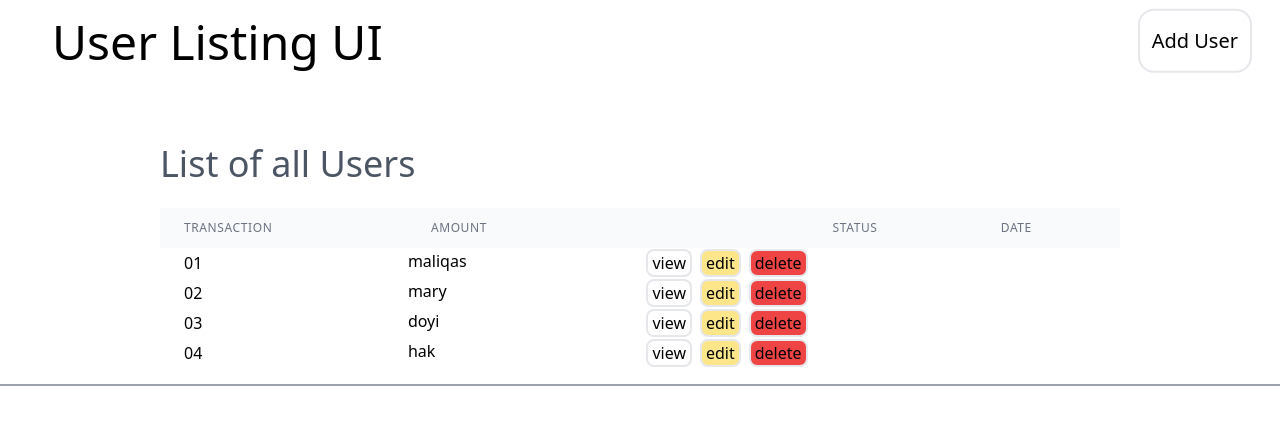
Repository: Marlstergo/listings
Page: / (app in client/)
An editor plug-in stored every save of this project. The page is shown before and after the next save, followed by the edit.
The browser window is 1280 px wide. The pictures show the whole page.
The project was rebuilt for these pictures with package versions that can differ from the ones it lists, and the page was loaded fresh each time. Also part of the build but not shown: client/craco.config.js, client/src/components/UserRow.jsx, client/src/components/List.js, client/src/components/EditUser.js.

Above is the page before, as saved 2021-07-21 16:50:09.

### client/src/index.js
/* eslint-disable no-unused-vars */
import React from "react";
import ReactDOM from "react-dom";
import "./index.css";
import App from "./App";
import reportWebVitals from "./reportWebVitals";
import { BrowserRouter as Router } from 'react-router-dom';
import { Provider } from "react-redux";
import { store } from "./redux/store";
import { PersistGate } from "redux-persist/integration/react";
import { persistor } from "./redux/store";

ReactDOM.render(
  <React.StrictMode>
    <Provider store={store}>
      <Router>
        <PersistGate persistor={persistor}>
          <App />
        </PersistGate>
      </Router>
    </Provider>
  </React.StrictMode>,
  document.getElementById("root")
);

// If you want to start measuring performance in your app, pass a function
// to log results (for example: reportWebVitals(console.log))
// or send to an analytics endpoint. Learn more: https://bit.ly/CRA-vitals
reportWebVitals();

### client/src/App.js
import React, { useState } from "react";
import { BrowserRouter, Route, Switch, useLocation } from "react-router-dom";
import Header from "./components/Header";
import Home from "./components/Home";
import List from "./components/List";
// import Toppings from "./components/Toppings";
import Order from "./components/EditUser";
// import Modal from "./components/Modal";
import { AnimatePresence } from "framer-motion";

function App() {
  const location = useLocation();
  const showModal = true;

  return (
    <>
      <Header />
      {/* <Modal showModal={showModal} /> */}
      <AnimatePresence exitBeforeEnter>
        <BrowserRouter>
          <Switch>
            <Route exact name="home" path="/">
              <Home />
            </Route>
            {/* <Route exact path="/createUpdateUser">
            <Toppings />
          </Route> */}
            <Route path="/edit" exact name="order">
              <Order />
            </Route>
            <Route path="/view" exact name="view">
              <List/>
            </Route>
          </Switch>
        </BrowserRouter>
      </AnimatePresence>
    </>
  );
}

export default App;

### client/src/redux/store.js
import { createStore, applyMiddleware } from "redux";
import { logger } from 'redux-logger';
import {persistStore} from 'redux-persist';
// import thunk from 'redux-thunk'
import createSagaMiddleware from 'redux-saga'

import rootSaga from './root-sagas'

import rootReducer from './root-reducer';

const sagaMiddleware = createSagaMiddleware()

const middleware = [sagaMiddleware];

if( process.env.NODE_ENV === 'development'){
    middleware.push(logger)
}

export const store = createStore(rootReducer, applyMiddleware(...middleware))

sagaMiddleware.run(rootSaga)

export const persistor = persistStore(store)

export default (store, persistor);

### client/src/components/Header.js
import React from "react";
import { motion } from "framer-motion";
import { Link } from "react-router-dom";

const svgVariants = {
  hidden: { rotate: -180 },
  visible: {
    rotate: 0,
    transition: { duration: 1 },
  },
};

const pathVariants = {
  hidden: {
    opacity: 0,
    pathLength: 0,
  },
  visible: {
    opacity: 1,
    pathLength: 1,
    transition: {
      duration: 2,
      ease: "easeInOut",
    },
  },
};

const buttonVariants = {
  show: {
    y: [0, -20],
    x: 0,
    textShadow: "0px 0px 8px rgb(255,255,255)",
    boxShadow: "0px 0px 8px rgb(255,255,255)",
    transition: {
      duration: 0.3,
      yoyo: Infinity,
      ease: "easeOut",
    },
  },
};

const Header = () => {
  return (
    <header className="flex p-7 w-screen justify-between  items-center">
      {/* <motion.div
        className="logo"
        drag
        dragConstraints={{ left: 0, top: 0, right: 0, bottom: 0 }}
        dragElastic={0.7}
      >

      </motion.div> */}
      <motion.div
        className=" flex justify-between w-full ml-6 text-xs"
        initial={{ y: -250 }}
        animate={{ y: -10 }}
        transition={{ delay: 0.2, type: "spring", stiffness: 120 }}
      >
        <h1 className=" pb-4 text-5xl">User Listing UI</h1>
        <motion.button
          variants={buttonVariants}
          whileHover="hover"
          animate="show"
          className="text-xl border-2 px-3 rounded-2xl active:bg-gray-200"
        >
          <a href="/edit">Add User</a>
        </motion.button>
      </motion.div>
    </header>
  );
};

export default Header;

### client/src/components/Home.js
import React from "react";
// import { Link } from "react-router-dom";
import { motion } from "framer-motion";
// import Loader from "./Loader";
// import UserRow from "./UserRow";
import UserRowHome from "./userRowhome";



const containerVariants = {
  hidden: {
    opacity: 0,
  },
  visible: {
    opacity: 1,
    transition: { delay: 1.5, duration: 1.5 },
  },
  exit: {
    x: "-100vh",
    transition: { ease: "easeInOut" },
  },
};
// const buttonVariants = {
//   hover: {
//     scale: 1.1,
//     textShadow: "0px 0px 8px rgb(255,255,255)",
//     boxShadow: "0px 0px 8px rgb(255,255,255)",
//     transition: {
//       duration: 0.3,
//       yoyo: Infinity
//     }
//   }
// }
const users = [
  {
    id: '01',
    name: "maliqas",
    email: "maliq@gmail.com",
    phone: '08032494874'
  },
  {
    id: '02',
    name: "mary",
    email: "mary@gmail.com",
    phone: '08032494874'
  },
  {
    id: '03',
    name: "doyi",
    email: "doyi@gmail.com",
    phone: '08032494874'
  },
  {
    id: '04',
    name: "hak",
    email: "hak@gmail.com",
    phone: '08032494874'
  },
];
const Home = () => {
  return (
    <motion.div
      className="  pb-4 mb-4 border-b-2 border-gray-400 flex flex-col items-center"
      variants={containerVariants}
      initial="hidden"
      animate="visible"
      exit="exit"
    >
      <div className="w-3/4 ">
        <h1 className="text-gray-600 py-6 text-4xl">List of all Users</h1>

        <table className="min-w-full divide-y divide-gray-200">
          <thead>
            <tr>
              <th className="px-6 py-3 bg-gray-50 text-left text-xs font-medium text-gray-500 uppercase tracking-wider">
                Transaction
              </th>
              <th className="px-6 py-3 bg-gray-50 text-left text-xs font-medium text-gray-500 uppercase tracking-wider">
                Amount
              </th>
              <th className=" px-6 py-3 bg-gray-50 text-left text-xs font-medium text-gray-500 uppercase tracking-wider">
                Status
              </th>
              <th className="px-6 py-3 bg-gray-50 text-left text-xs font-medium text-gray-500 uppercase tracking-wider">
                Date
              </th>
            </tr>
            {
              users.map((user) =>(
                <UserRowHome name={user.name} id={user.id} email={user.email} phone={user.phone} />
              ))
            }
          </thead>
        </table>
      </div>
    </motion.div>
  );
};

export default Home;

### client/src/redux/root-sagas.js
import {all, call} from 'redux-saga/effects'
import {userSagas} from './user/user.sagas'


export default function* rootSaga(){
    yield all([
        call(userSagas),
    ])
}

### client/src/redux/root-reducer.js
import {combineReducers} from 'redux'
import userReducer from './user/user.reducer'
// import cartReducer from './cart/cart.reducer'
import {persistReducer} from 'redux-persist'
import storage from 'redux-persist/lib/storage'
// import directoryReducer from './directory/directory.reducer'
// import shopReducer from './shop/shop.reducer'

const persistConfig ={
    key: 'root',
    storage,
    whitelist: ['' ]
}
const rootReducer = combineReducers({
    user: userReducer,

})
export default persistReducer(persistConfig, rootReducer)

### client/src/components/userRowhome.js
import React from "react";

const UserRowHome = ({ id, name }) => {
  return (
    <tr>
      <td className="px-6">{id}</td>
      <td className=" flex justify-between ">
        <p className="">{name}</p>
        <span className=" space-x-2 flex">
          <button className="border-2 rounded-lg px-1 active:bg-gray-200">view</button>
          <button className="border-2 bg-yellow-200 active:bg-yellow-500  rounded-lg px-1">edit</button>
          <button className="border-2 rounded-lg bg-red-500 active:bg-red-800 px-1">delete</button>
        </span>
      </td>
    </tr>
  );
};

export default UserRowHome;

### client/src/redux/user/user.sagas.js
import { all, call, put, takeLatest } from "redux-saga/effects";

import UserActionTypes from "./user.types";
import { loadUserDetail } from "./user.action";
// import axios from "axios";
// import { getUserDetailsURL } from "../../components/stringConstants";

export function* getDetails() {
  yield console.log("i fired");

  // try {
  //   console.log("inside try");

  //   const res = yield axios.get(getUserDetailsURL);
  //   const data = yield res.data;
  //   console.log(res);
  //   yield put(loadUserDetail(data ? data.data[0] : {}));
  // } catch (err) {
  //   console.log(err.response);
  //   if (err.response && err.response.statusText === "Not Found") {
  //     // console.log("");
  //     window.location.href = "/profile/settings?newUser=0837";
  //   }
  // }
}

export function* getUserDetails() {
  yield takeLatest(UserActionTypes.GET_USER_DETAIL, getDetails);
}
// export function* loadUserDetails(){
//     yield takeLatest(UserActionTypes.LOAD_USER_DETAIL, loadDetails)
// }

export function* userSagas() {
  yield all([call(getUserDetails)]);
}

### client/src/redux/user/user.reducer.js
import UserActionTypes from "./user.types";
const INITIAL_STATE = {
  // currentUser: null,
  userDetail: {},
  demo: 'i am demo',
  location: null

};
const userReducer = (state = INITIAL_STATE, action) => {
  switch (action.type) {

    case UserActionTypes.LOAD_USER_DETAIL:
      return {
        ...state,
        userDetail: action.payload,
      };

    case UserActionTypes.COLLECT_GEOLOCATION:
      return {
        ...state,
        location: action.payload
      }
    default:
      return state;
  }
};

export default userReducer;

### client/src/redux/user/user.types.js
const UserActionTypes ={
    GOOGLE_SIGN_IN_START : 'GOOGLE_SIGN_IN_START',
    SIGN_IN_SUCCESS : 'SIGN_IN_SUCCESS',
    SIGN_IN_FAILURE : 'SIGN_IN_FAILURE',
    GET_USER_DETAIL: 'GET_USER_DETAIL',
    LOAD_USER_DETAIL: 'LOAD_USER_DETAIL',
    COLLECT_GEOLOCATION: 'COLLECT_GEOLOCATION',
    FETCH_GEOLOCATION: 'FETCH_GEOLOCATION'
}
export default UserActionTypes;

### client/src/redux/user/user.action.js
import UserActionTypes from './user.types'



// export const googleSignInStart = () => ({
//     type: UserActionTypes.GOOGLE_SIGN_IN_START
// })

// export const signInSuccess = (user) => ({
//     type: UserActionTypes.SIGN_IN_SUCCESS,
//     payload: user
// })

export const getUserDetail = () => ({
    type: UserActionTypes.GET_USER_DETAIL,

})
export const loadUserDetail = (details) => ({
    type: UserActionTypes.LOAD_USER_DETAIL,
    payload: details
})

export const fetchGeoloction = () => ({
    type: UserActionTypes.FETCH_GEOLOCATION
})
export const collectGeolocation = (location) => ({
    type: UserActionTypes.COLLECT_GEOLOCATION,
    payload: location
})
// })

### client/tailwind.config.js
// tailwind.config.js
module.exports = {
  // mode:'jit',
  purge: ["./src/**/*.{js,jsx,ts,tsx}", "./public/index.html"],
  darkMode: false, // or 'media' or 'class'
  theme: {
    extend: {},
  },
  variants: {
    extend: {
      backgroundColor: ["active"],
    },
  },
  plugins: [],
};

Loaded but not shown: client/public/index.html (common file); client/src/index.css (common file); client/src/reportWebVitals.js (common file)

After the next save:
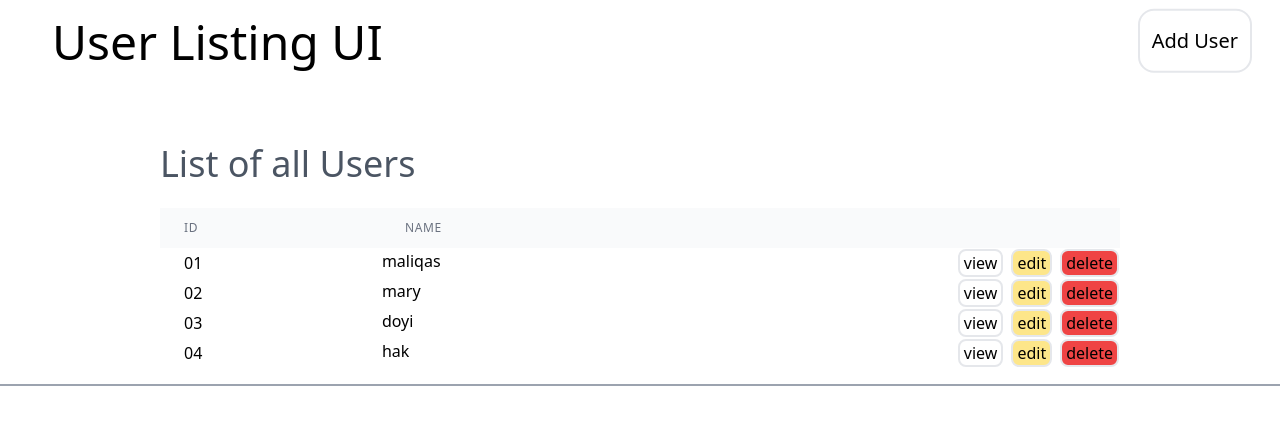
Saved 50 s later.
--- a/client/src/components/Home.js
+++ b/client/src/components/Home.js
@@ -73,17 +73,12 @@ const Home = () => {
           <thead>
             <tr>
               <th className="px-6 py-3 bg-gray-50 text-left text-xs font-medium text-gray-500 uppercase tracking-wider">
-                Transaction
+                Id
               </th>
               <th className="px-6 py-3 bg-gray-50 text-left text-xs font-medium text-gray-500 uppercase tracking-wider">
-                Amount
+                Name
               </th>
-              <th className=" px-6 py-3 bg-gray-50 text-left text-xs font-medium text-gray-500 uppercase tracking-wider">
-                Status
-              </th>
-              <th className="px-6 py-3 bg-gray-50 text-left text-xs font-medium text-gray-500 uppercase tracking-wider">
-                Date
-              </th>
+
             </tr>
             {
               users.map((user) =>(
